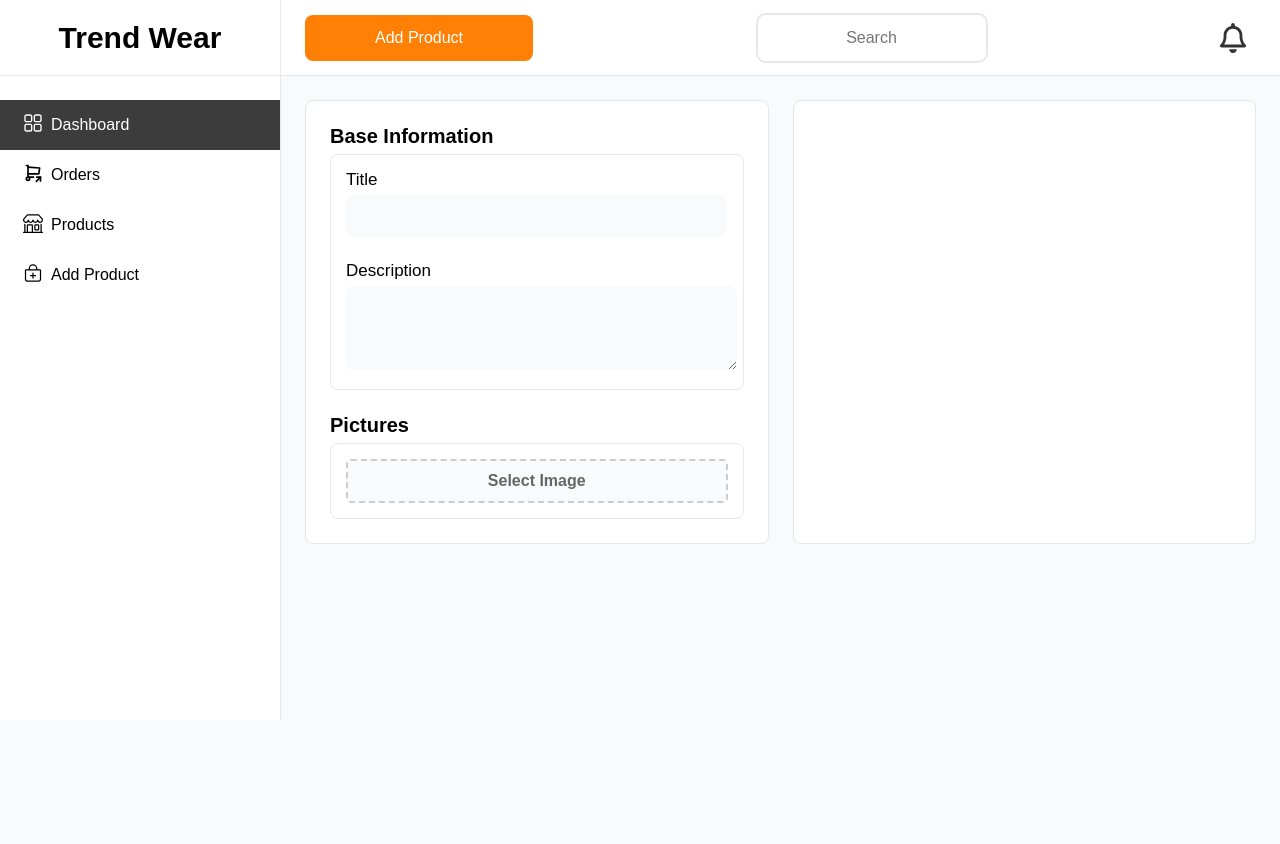
Repository: ahmad-dev7/TrendWear
Page: / (app in trend_wear_dashboard/)
These files come from the project's save history. The page is drawn as it stood at one moment and after the next save; the edit follows.
The browser window is 1280 px wide. The pictures show the whole page.
The project was rebuilt for these pictures with package versions that can differ from the ones it lists, and the page was loaded fresh each time. Also part of the build but not shown: trend_wear_dashboard/vite.config.ts.

Above is the page before, as saved 2025-01-20 10:32:50.

### trend_wear_dashboard/index.html
<!doctype html>
<html lang="en">

<head>
  <meta charset="UTF-8" />
  <link rel="icon" type="image/svg+xml" href="/vite.svg" />
  <meta name="viewport" content="width=device-width, initial-scale=1.0" />
  <title>Trend Wear</title>
</head>

<body>
  <div id="root"></div>
  <script type="module" src="/src/main.tsx"></script>
</body>

</html>

### trend_wear_dashboard/src/main.tsx
import { StrictMode } from "react";
import { createRoot } from "react-dom/client";
//import "bootstrap/dist/css/bootstrap.css";
import "./App.css";
import App from "./App.tsx";

createRoot(document.getElementById("root")!).render(
  <StrictMode>
    <App />
  </StrictMode>
);

### trend_wear_dashboard/src/App.css
body {
    background-color: #F9FAFB;
    padding: 0;
    margin: 0;
    border-color: #e5e7eb;
    font-family: Arial, Helvetica, sans-serif;

}

#parent {
    display: flex;
}

### trend_wear_dashboard/src/App.tsx
import { useState } from "react";
import Body from "./Components/Body/Body";
import Navbar from "./Components/Navbar/Navbar";
import Sidebar from "./Components/Sidebar/Sidebar";
import AddProducts from "./Components/AddProduct/AddProduct";
//import Dashboard from "./Components/Dashboard/Dashboard";

function App() {
  const [body, setBody] = useState("Dashboard");

  console.log(body);

  return (
    <div id="parent">
      <Sidebar onSelectTab={setBody} />
      <div style={{ flex: 1 }}>
        <Navbar />
        <Body>
          <AddProducts />
        </Body>
      </div>
    </div>
  );
}

export default App;

### trend_wear_dashboard/src/Components/Body/Body.tsx
// Body.tsx
import "./Body.css";

interface Props {
  children: React.ReactNode;
}

const Body = ({ children }: Props) => {
  return <div id="body-content">{children}</div>;
};

export default Body;

### trend_wear_dashboard/src/Components/Navbar/Navbar.tsx
import "./Navbar.css";
import { FaRegBell } from "react-icons/fa6";

const Navbar = () => {
  return (
    <div>
      <div id="top-navbar">
        <div className="nav-item add-product-button">Add Product</div>
        <input className="nav-item" placeholder="Search" type="text" />
        <FaRegBell className="nav-item icon"></FaRegBell>
      </div>
    </div>
  );
};

export default Navbar;

### trend_wear_dashboard/src/Components/Sidebar/Sidebar.tsx
import "./Sidebar.css";
import { RxDashboard } from "react-icons/rx";
import { TbShoppingCartShare } from "react-icons/tb";
import { BsShop } from "react-icons/bs";
import { IoBagAddOutline } from "react-icons/io5";
import { useState } from "react";

interface Props {
  onSelectTab: (tab: string) => void;
}

interface Tabs {
  icon: JSX.Element;
  label: string;
}

const Sidebar = ({ onSelectTab }: Props) => {
  const tabs: Tabs[] = [
    { label: "Dashboard", icon: <RxDashboard size={20} /> },
    { label: "Orders", icon: <TbShoppingCartShare size={20} /> },
    { label: "Products", icon: <BsShop size={20} /> },
    { label: "Add Product", icon: <IoBagAddOutline size={20} /> },
  ];

  const [active, setTab] = useState("Dashboard");

  return (
    <div id="sidebar">
      <div className="header">Trend Wear</div>
      <ul id="sidebar-content">
        {tabs.map((tab) => (
          <li
            key={tab.label}
            className={"tab " + (tab.label == active && "active")}
            onClick={() => {
              setTab(tab.label);
              onSelectTab(tab.label);
            }}
          >
            <div className="icon">{tab.icon}</div>
            <div className="label">{tab.label}</div>
          </li>
        ))}
      </ul>
    </div>
  );
};

export default Sidebar;

### trend_wear_dashboard/src/Components/AddProduct/AddProduct.tsx
import "./AddProduct.css";
import ProductDetails from "./ProductDetails";
import ProductPreview from "./ProductPreview";
const AddProduct = () => {
  return (
    <div className="parent">
      <div className="child">
        <ProductDetails />
      </div>

      <div className="child ">
        <ProductPreview />
      </div>
    </div>
  );
};

export default AddProduct;

### trend_wear_dashboard/src/Components/Body/Body.css
#body-content {
    display: flex;
    flex-direction: column;
    margin: 24px;
    height: 100vh;
    width: calc(100% - 48px);
    box-sizing: border-box;
}

### trend_wear_dashboard/src/Components/Navbar/Navbar.css
#top-navbar {
    display: flex;
    justify-content: space-between;
    align-items: center;
    /* padding: 0 24px; */
    background-color: white;
    height: 75px;
    width: 100%;
    border-bottom: 1px solid #e5e7eb;
}

.nav-item {
    font-size: 16px;
    color: #333;
    text-align: center;
    width: 200px;
    border-radius: 8px;
    padding: 14px;
    text-decoration: none;
}

.add-product-button {
    color: white;
    margin-left: 24px;
    background-color: #ff8005;
}

#top-navbar input {
    border: none;
    outline: 2px solid #e5e7eb;
    flex-grow: 1;
    max-width: 200px;
}

#top-navbar .icon {
    height: 30px;
    width: 30px;
    margin-right: 24px;
}

### trend_wear_dashboard/src/Components/Sidebar/Sidebar.css
/* Sidebar.css */
#sidebar {
    background-color: white;
    width: 280px;
    height: 100vh;
    border-right: 1px solid #e5e7eb;
}

#sidebar .header {
    display: flex;
    justify-content: center;
    align-items: center;
    height: 75px;
    font-size: 30px;
    font-weight: bold;
    background-color: white;
    text-align: center;
    border-bottom: 1px solid #e5e7eb;
}

#sidebar-content {
    list-style-type: none;
    margin-top: 24px;
    padding: 0;
    cursor: pointer;
}

#sidebar-content .tab {
    height: 50px;
    color: black;
    display: flex;
    align-items: center;
    padding-left: 15px;
}

.icon {
    padding: 8px;
}

#sidebar-content .active {
    background-color: #3c3c3c;
    color: white;
}

#sidebar-content .tab:hover:not(.active) {
    background-color: #e5e7eb;
}

### trend_wear_dashboard/src/Components/AddProduct/AddProduct.css
/* AddProduct.css */
.parent {
    display: flex;
    width: 100%;
    gap: 24px;
    box-sizing: border-box;
}

.child {
    flex: 1;
    text-align: center;
    background-color: white;
    border: 1px solid #e5e7eb;
    border-radius: 8px;
}

### trend_wear_dashboard/src/Components/AddProduct/ProductDetails.tsx
import "./ProductDetails.css";
import Spacer from "../../Constants/Spacer";
import DetailsSectionContainer from "../../Constants/ProductDetailSection/DetailsSectionContainer";
import LabeledInputField from "../../Constants/LabeledInputField/LabeledInputField";
import LabeledTextArea from "../../Constants/LabeledInputField/LabeledTextarea";
import AddImage from "../../Constants/AddImage/AddImage";

const ProductDetails = () => {
  return (
    <>
      <div className="product-detail-container">
        <DetailsSectionContainer heading="Base Information">
          <LabeledInputField>Title</LabeledInputField>
          <Spacer height="24px" />
          <LabeledTextArea>Description</LabeledTextArea>
        </DetailsSectionContainer>
        <Spacer height="24px" />

        <DetailsSectionContainer heading="Pictures">
          <AddImage />
        </DetailsSectionContainer>
      </div>
    </>
  );
};

export default ProductDetails;

### trend_wear_dashboard/src/Components/AddProduct/ProductPreview.tsx
const ProductPreview = () => {
  return <div> </div>;
};

export default ProductPreview;

### trend_wear_dashboard/src/Components/AddProduct/ProductDetails.css
.product-detail-container {
    margin: 0px;
    padding: 24px;
    text-align: start;
}

/* Parent container to hold the items in a row */
.picture-container-parent {
    display: flex;
    /* Enable flexbox */
    justify-content: space-between;
    /* Optional: space between items, adjust as needed */
    gap: 16px;
    /* Optional: adds space between items */
}

/* Style for each img-container */
.img-container {
    flex: 1;
    /* Adjust width as needed */
    height: 100px;
    /* Adjust height as needed */
    background-color: #e5e7eb;
    /* Optional: background color */
    border-radius: 8px;
    display: flex;
    align-items: center;
    text-align: center;
    justify-content: center;
}

.picture-container-parent .add-more {
    border: dashed 2px #e5e7eb;

}

### trend_wear_dashboard/src/Constants/Spacer.tsx
interface Props {
  height?: string;
  width?: string;
}

const Spacer = ({ height = "0px", width = "0px" }: Props) => {
  return <div style={{ height: height, width: width }}></div>;
};

export default Spacer;

### trend_wear_dashboard/src/Constants/ProductDetailSection/DetailsSectionContainer.tsx
import "./ProductDetailSection.css";

interface Props {
  children: React.ReactNode;
  heading: string;
}

const DetailsSectionContainer = ({ children, heading }: Props) => {
  return (
    <>
      <p id="details-section-container-heading">{heading}</p>
      <div id="details-section-container">{children}</div>
    </>
  );
};

export default DetailsSectionContainer;

### trend_wear_dashboard/src/Constants/LabeledInputField/LabeledInputField.tsx
import "./LabeledInputField.css";
interface Props {
  children: React.ReactNode;
}

const LabeledInputField = ({ children }: Props) => {
  return (
    <>
      <p id="input-field-label">{children}</p>
      <input id="input-field" type="text" />
    </>
  );
};

export default LabeledInputField;

### trend_wear_dashboard/src/Constants/LabeledInputField/LabeledTextarea.tsx
interface Props {
  children: React.ReactNode;
}

const LabeledTextArea = ({ children }: Props) => {
  return (
    <>
      <p id="input-field-label">{children}</p>
      <textarea id="input-field-textarea" />
    </>
  );
};

export default LabeledTextArea;

### trend_wear_dashboard/src/Constants/AddImage/AddImage.tsx
import React, { useState } from "react";

interface ImagePreview {
  id: string;
  url: string;
}

const AddImage: React.FC = () => {
  const [images, setImages] = useState<ImagePreview[]>([]);

  const handleImageChange = (e: React.ChangeEvent<HTMLInputElement>) => {
    const files = e.target.files;
    if (!files) return;

    const newImages: ImagePreview[] = Array.from(files).map((file) => ({
      id: URL.createObjectURL(file), // Temporary unique identifier
      url: URL.createObjectURL(file),
    }));

    setImages((prevImages) => [...prevImages, ...newImages]);
  };

  const handleRemoveImage = (id: string) => {
    setImages((prevImages) => prevImages.filter((image) => image.id !== id));
  };

  return (
    <div className="picture-container-parent" style={styles.parent}>
      {images.map((image) => (
        <div key={image.id} style={styles.previewContainer}>
          <img src={image.url} alt="preview" style={styles.imagePreview} />
          <button
            onClick={() => handleRemoveImage(image.id)}
            style={styles.removeButton}
          >
            ✕
          </button>
        </div>
      ))}
      <div style={styles.inputContainer}>
        <label style={styles.inputLabel}>
          Select Image
          <input
            type="file"
            accept="image/*"
            multiple
            onChange={handleImageChange}
            style={styles.input}
          />
        </label>
      </div>
    </div>
  );
};

const styles = {
  parent: {
    display: "flex",
    flexWrap: "wrap",
    gap: "10px", // Gap between the items
    alignItems: "center",
    justifyContent: "flex-start", // Align items to the start of the row
  },
  inputContainer: {
    width: "100%",
    height: "40px",
    backgroundColor: "#F9FAFB",
    border: "2px dashed #ccc",
    borderRadius: "5px",
    display: "flex",
    justifyContent: "center",
    alignItems: "center",
    cursor: "pointer",
    position: "relative",
  },
  inputLabel: {
    width: "100%",
    height: "100%",
    display: "flex",
    justifyContent: "center",
    alignItems: "center",
    color: "#666",
    fontWeight: "bold",
  },
  input: {
    position: "absolute",
    opacity: 0,
    width: "100%",
    height: "100%",
    cursor: "pointer",
  },
  previewContainer: {
    position: "relative",
    width: "90px",
    height: "50px",
  },
  imagePreview: {
    width: "100%",
    height: "100%",
    objectFit: "cover",
    borderRadius: "5px",
    border: "1px solid #ccc",
  },
  removeButton: {
    position: "absolute",
    top: "-5px",
    right: "-5px",
    background: "#f00",
    color: "#fff",
    border: "none",
    borderRadius: "50%",
    width: "20px",
    height: "20px",
    cursor: "pointer",
    fontSize: "12px",
    display: "flex",
    justifyContent: "center",
    alignItems: "center",
  },
} as const;

export default AddImage;

### trend_wear_dashboard/src/Constants/ProductDetailSection/ProductDetailSection.css
#details-section-container-heading {
    margin: 0px;
    margin-bottom: 6px;
    font-size: 20px;
    font-weight: 700;
}

#details-section-container {
    border: 1px solid #e5e7eb;
    padding: 15px;
    background-color: white;
    border-radius: 8px;
}

### trend_wear_dashboard/src/Constants/LabeledInputField/LabeledInputField.css
#input-field-label {
    margin: 0px;
    font-size: 17px;
    font-weight: 500;
    margin-bottom: 5px;
}

#input-field,
#input-field-textarea {
    border: none;
    outline: none;
    width: calc(100% - 15px);
    height: 40px;
    font-size: 20px;
    border-radius: 8px;
    padding-left: 12px;
    background-color: #F9FAFB;
}

#input-field-textarea {
    height: 60px;
    padding: 12px;
}

After the next save:
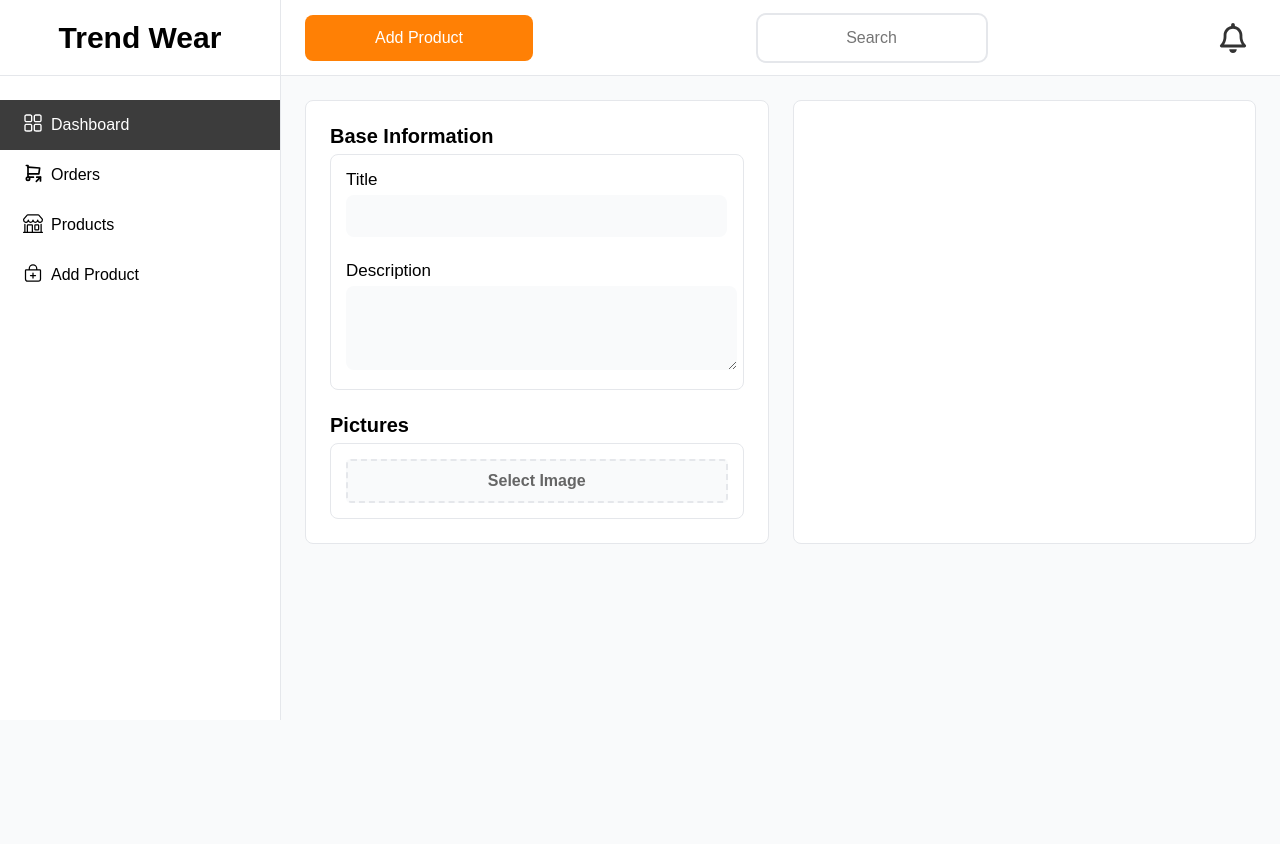
Saved 32 s later.
--- a/trend_wear_dashboard/src/Constants/AddImage/AddImage.tsx
+++ b/trend_wear_dashboard/src/Constants/AddImage/AddImage.tsx
@@ -65,7 +65,7 @@ const styles = {
     width: "100%",
     height: "40px",
     backgroundColor: "#F9FAFB",
-    border: "2px dashed #ccc",
+    border: "2px dashed #e5e7eb",
     borderRadius: "5px",
     display: "flex",
     justifyContent: "center",
